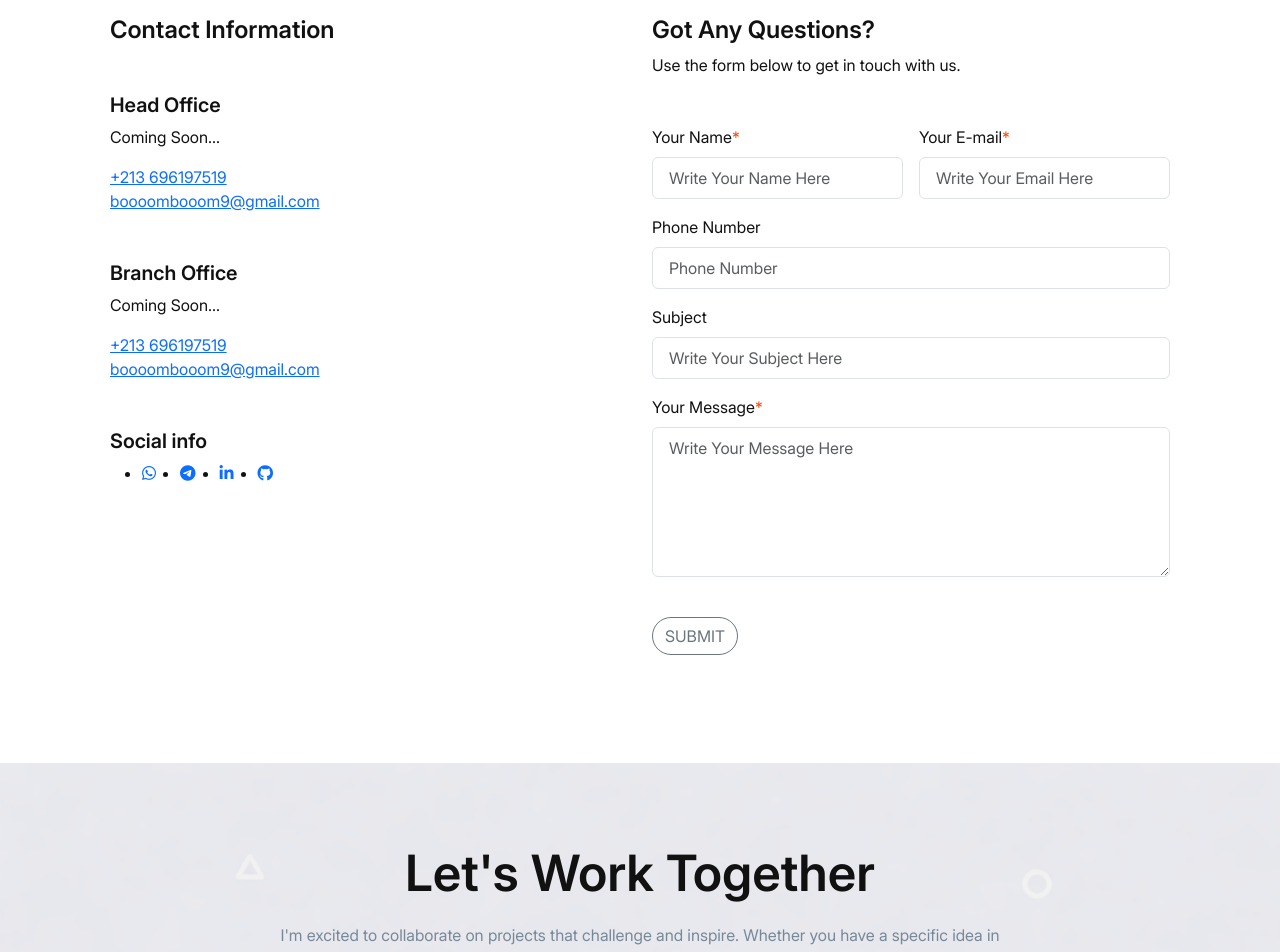
Repository: Badi-77/Portfolio
Page: Contact.html
These files come from the project's save history. The page is drawn as it stood at one moment and after a run of saves; the edit follows.
The browser window is 1280 px wide. The pictures show the part of the page from y = 548 to 1500 px (the page is 1917 px tall).

Above is the page before, as saved 2026-02-17 20:45:34.

### Contact.html
<!DOCTYPE html>
<html lang="en">
<head>
  <meta charset="UTF-8">
  <meta name="viewport" content="width=device-width, initial-scale=1.0">
  <title>Contact</title>
  <!-- google font -->
  <link rel="stylesheet" href="Font/Inter_font/stylesheet.css">
  <link rel="stylesheet" href="Font/Tajawal/stylesheet.css">
  <!-- Font Awesome -->
  <link rel="stylesheet" href="Css/all.min.css">
  <!-- Normalize -->
  <link rel="stylesheet" href="Css/normalize.css">
  <!-- bootstrap -->
  <link rel="stylesheet" href="Bootstrap/bootstrap/css/bootstrap.min.css">
  <!-- web icon -->
  <link rel="icon" href="Img/icon.png">
  <!-- Portfolio CSS -->
  <link rel="stylesheet" href="Css/portfolio.css">
</head>
<body>

<div class="main-content">
  <!-- Navbar -->
  <nav class="navbar navbar-expand-lg">
          <div class="container-fluid">
            <!-- Brand -->
            <a class="navbar-brand" href="#"><h1><span id="logo-B" ><img src="Img/logo-B.png" alt="LOGO"></span>adis<span class="circle"></span></h1></a>

            <!-- Toggler (hamburger icon for mobile) -->
            <button class="navbar-toggler" type="button" data-bs-toggle="collapse" data-bs-target="#navbarNav"
              aria-controls="navbarNav" aria-expanded="false" aria-label="Toggle navigation">
              <span class="navbar-toggler-icon"></span>
            </button>

            <!-- Navbar links -->
            <div class="collapse navbar-collapse" id="navbarNav">
              <ul class="navbar-nav ms-auto">
                <li class="nav-item">
                  <a class="nav-link active" data-key="NavHome" aria-current="page" href="#">Home</a>
                </li>
                <li class="nav-item">
                  <a class="nav-link" data-key="NavAbout" href="#">About</a>
                </li>
                <div class="nav-item dropdown">
                  <a class="nav-link dropdown-toggle" data-bs-toggle="dropdown" role="button" data-key="NavSer" href="#">Services</a>
                  <div class="dropdown-menu m-0">
                    <a href="#" class="dropdown-item" data-key="web">Web Dev</a>
                    <a href="#" class="dropdown-item" data-key="net">Networking</a>
                    <a href="#" class="dropdown-item" data-key="cyber">CyberSecurity</a>
                    <a href="#" class="dropdown-item" data-key="auto">Automation</a>
                  </div>
                </div>
                <li class="nav-item">
                  <a class="nav-link" data-key="cont" href="#">ContactMe</a>
                </li>
                <li class="nav-item">
                  <button id="theme-toggle" class="theme-toggle-btn" aria-label="Toggle dark mode">
                    🌙
                  </button>
                </li>
                <!-- language btn -->
                <li class="nav-item">
                  <button class="switch-lang" id="lang-toggle">🌐 العربية</button>
                </li>
                <!-- language btn -->

                <!-- <li class="nav-item">
                  <a class="nav-link disabled" tabindex="-1" aria-disabled="true">Disabled</a>
                </li> -->
              </ul>
            </div>
          </div>
  </nav>
  <!-- End Navbar -->


  <!-- start hero -->
  <section id="hero">
    <div id="conta" class="row justify-content-center">
      <div class="col-md-12 text-center my-5 pt-5 fade-in-up">
        <div class="section-header text-center">
          <nav class="breadcrumb d-flex justify-content-center">
            <a href="portfolio.html" class="breadcrumb-item">Home</a>
            <span class="breadcrumb-item activ" aria-current="page">Contact</span>
          </nav>
          <h2 class="contact-title display-1 fw-bold">Our Contact</h2>
          <p class="text-center">Got a project in mind? <br> Let’s connect and bring your vision to life.</p>
        </div>
      </div>
    </div>
  </section>
  <!-- end hero -->

  <!-- start form -->
  <section id="contact-info" class="padding-medium pt-0">
    <div class="container">
      <div class="row flex-row-reverse">
        <div class="inquiry-item col-lg-6 mb-5">
          <h4 class="fw-bold">Got Any Questions?</h4>
          <p>Use the form below to get in touch with us.</p>
          <form id="contactForm" action="" method="post" class="form-group contact-form mt-5">
            <div class="form-input col-lg-12 d-flex justify-content-between mb-3">
              <div class="w-100 me-3">
                <label class="mb-2 fs-6 T">
                  Your Name<span style="color: var(--third-color);">*</span>
                </label>
                <input type="text" name="name" placeholder="Write Your Name Here" class="form-control shadow-none w-100 ps-3 py-2" required>
              </div>
              <div class="w-100">
                <label class="mb-2 fs-6 T">Your E-mail<span style="color: var(--third-color);">*</span></label>
                <input type="email" name="email" placeholder="Write Your Email Here" class="form-control shadow-none w-100 ps-3 py-2" required>
              </div>
            </div>
            <div class="col-lg-12 mb-3">
              <label class="mb-2 fs-6">Phone Number</label>
              <input type="number" name="phone" placeholder="Phone Number" class="form-control shadow-none w-100 ps-3 py-2">
            </div>
            <div class="col-lg-12 mb-3">
              <label class="mb-2 fs-6">Subject</label>
              <input type="text" name="subject" placeholder="Write Your Subject Here" class="form-control shadow-none w-100 ps-3 py-2">
            </div>
            <div class="col-lg-12 mb-3">
              <label class="mb-2 fs-6">Your Message<span style="color: var(--third-color);">*</span></label>
              <textarea name="message" placeholder="Write Your Message Here" class="form-control shadow-none w-100 ps-3 py-2" style="height: 150px;" required></textarea>
            </div>
            <div>
              <button class="btn btn-outline-secondary rounded-pill mt-4" type="submit" name="submit">SUBMIT</button>
            </div>
          </form>
        </div>
        <div class="contact-info col-lg-6 mb-5">
          <h4 class="fw-bold">Contact Information</h4>
          <p></p>
          <div class="page-content">
            <div class="col-md-6">
              <div class="content-box my-5">
                <h5 class="element-title fw-bold">Head Office</h5>
                <div class="content-address">
                  <p>Coming Soon...</p>
                </div>
                <div class="contact-number">
                  <a href="#">+213 696197519</a>
                </div>
                <div class="email-adress">
                  <p>
                    <a href="#">boooombooom9@gmail.com</a>
                  </p>
                </div>
              </div>
            </div>
            <div class="col-md-6">
              <div class="content-box my-5">
                <h5 class="element-title fw-bold">Branch Office</h5>
                <div class="content-address">
                  <p>Coming Soon...</p>
                </div>
                <div class="contact-number">
                  <a href="#">+213 696197519</a>
                </div>
                <div class="email-adress">
                  <p>
                    <a href="#">boooombooom9@gmail.com</a>
                  </p>
                </div>
              </div>
            </div>
            <div class="col-md-6">
              <div class="content-box my-5">
                <h5 class="elemnt-title fw-bold">Social info</h5>
                <div class="social-links">
                 <ul class="d-flex gap-4 lis">
                    <li><a href="#"><i class="fa-brands fa-whatsapp"></i></a></li>
                    <li><a href="#"><i class="fa-brands fa-telegram-plane"></i></a></li>
                    <li><a href="#"><i class="fa-brands fa-linkedin-in"></i></a></li>
                    <li><a href="#"><i class="fa-brands fa-github"></i></a></li>
                  </ul>
                </div>
              </div>
            </div>
          </div>
        </div>
      </div>
    </div>
  </section>
  <!-- end form -->

  <!-- start footer -->
  <footer>
    <div class="container ">
      <div class="foot-content fade-in-up">
        <div class="foot-text">
          <h2 class="text-center fw-bolder" data-key="FooTitle">Let's Work Together</h2>
          <p class="text-center" data-key="FooSub">
            I'm excited to collaborate on projects that challenge and inspire. Whether you have a specific idea in mind or just want to explore possibilities, I'm here to help bring your vision to life. Let's connect and create something amazing together!
          </p>
        </div>
        <ul>
          <li><a href="#"><i class="fa-brands fa-whatsapp"></i></a></li>
          <li><a href="#"><i class="fa-brands fa-telegram-plane"></i></a></li>
          <li><a href="#"><i class="fa-brands fa-linkedin-in"></i></a></li>
          <li><a href="#"><i class="fa-brands fa-github"></i></a></li>
        </ul>
        <div class="contactMe-btn">
          <a href="#" class="btn btn-outline-secondary rounded-pill mt-4" role="button" id="contbtn">CONTACT ME</a>
        </div>
      </div>
      <div class="copy-right">
          <p class="text-lg-start mt-4"> <span style="color: var(--third-color);">&copy;</span>2026 Badis<span style="color: var(--third-color);">.</span>All rights reserved.</p>
      </div>
    </div>
  </footer>
  <!-- end footer -->
</div>

<script>
  console.log('hello');
</script>



</body>
<!-- Portfolio JS -->
<script src="JS/portfolio.js"></script>
<!-- Bootstrap JS -->
<script src="Bootstrap/bootstrap/js/bootstrap.bundle.min.js"></script>
</html>

### Font/Inter_font/stylesheet.css
@font-face {
    font-family: 'Inter 24pt';
    src: url('Inter24pt-MediumItalic.woff2') format('woff2'),
        url('Inter24pt-MediumItalic.woff') format('woff');
    font-weight: 500;
    font-style: italic;
    font-display: swap;
}

@font-face {
    font-family: 'Inter 24pt';
    src: url('Inter24pt-SemiBold.woff2') format('woff2'),
        url('Inter24pt-SemiBold.woff') format('woff');
    font-weight: 600;
    font-style: normal;
    font-display: swap;
}

@font-face {
    font-family: 'Inter 24pt';
    src: url('Inter24pt-Regular.woff2') format('woff2'),
        url('Inter24pt-Regular.woff') format('woff');
    font-weight: normal;
    font-style: normal;
    font-display: swap;
}

@font-face {
    font-family: 'Inter 24pt';
    src: url('Inter24pt-SemiBoldItalic.woff2') format('woff2'),
        url('Inter24pt-SemiBoldItalic.woff') format('woff');
    font-weight: 600;
    font-style: italic;
    font-display: swap;
}

@font-face {
    font-family: 'Inter 24pt';
    src: url('Inter24pt-ThinItalic.woff2') format('woff2'),
        url('Inter24pt-ThinItalic.woff') format('woff');
    font-weight: 100;
    font-style: italic;
    font-display: swap;
}

@font-face {
    font-family: 'Inter 24pt';
    src: url('Inter24pt-Thin.woff2') format('woff2'),
        url('Inter24pt-Thin.woff') format('woff');
    font-weight: 100;
    font-style: normal;
    font-display: swap;
}

@font-face {
    font-family: 'Inter 28pt';
    src: url('Inter28pt-Black.woff2') format('woff2'),
        url('Inter28pt-Black.woff') format('woff');
    font-weight: 900;
    font-style: normal;
    font-display: swap;
}

@font-face {
    font-family: 'Inter 28pt';
    src: url('Inter28pt-BlackItalic.woff2') format('woff2'),
        url('Inter28pt-BlackItalic.woff') format('woff');
    font-weight: 900;
    font-style: italic;
    font-display: swap;
}

@font-face {
    font-family: 'Inter 28pt';
    src: url('Inter28pt-Bold.woff2') format('woff2'),
        url('Inter28pt-Bold.woff') format('woff');
    font-weight: bold;
    font-style: normal;
    font-display: swap;
}

@font-face {
    font-family: 'Inter 28pt';
    src: url('Inter28pt-BoldItalic.woff2') format('woff2'),
        url('Inter28pt-BoldItalic.woff') format('woff');
    font-weight: bold;
    font-style: italic;
    font-display: swap;
}

@font-face {
    font-family: 'Inter 28pt';
    src: url('Inter28pt-ExtraBold.woff2') format('woff2'),
        url('Inter28pt-ExtraBold.woff') format('woff');
    font-weight: bold;
    font-style: normal;
    font-display: swap;
}

@font-face {
    font-family: 'Inter 28pt';
    src: url('Inter28pt-ExtraBoldItalic.woff2') format('woff2'),
        url('Inter28pt-ExtraBoldItalic.woff') format('woff');
    font-weight: bold;
    font-style: italic;
    font-display: swap;
}

@font-face {
    font-family: 'Inter 28pt';
    src: url('Inter28pt-ExtraLight.woff2') format('woff2'),
        url('Inter28pt-ExtraLight.woff') format('woff');
    font-weight: 200;
    font-style: normal;
    font-display: swap;
}

@font-face {
    font-family: 'Inter 28pt';
    src: url('Inter28pt-ExtraLightItalic.woff2') format('woff2'),
        url('Inter28pt-ExtraLightItalic.woff') format('woff');
    font-weight: 200;
    font-style: italic;
    font-display: swap;
}

@font-face {
    font-family: 'Inter 28pt';
    src: url('Inter28pt-Italic.woff2') format('woff2'),
        url('Inter28pt-Italic.woff') format('woff');
    font-weight: normal;
    font-style: italic;
    font-display: swap;
}

@font-face {
    font-family: 'Inter 28pt';
    src: url('Inter28pt-Light.woff2') format('woff2'),
        url('Inter28pt-Light.woff') format('woff');
    font-weight: 300;
    font-style: normal;
    font-display: swap;
}

@font-face {
    font-family: 'Inter 28pt';
    src: url('Inter28pt-LightItalic.woff2') format('woff2'),
        url('Inter28pt-LightItalic.woff') format('woff');
    font-weight: 300;
    font-style: italic;
    font-display: swap;
}

@font-face {
    font-family: 'Inter 28pt';
    src: url('Inter28pt-Medium.woff2') format('woff2'),
        url('Inter28pt-Medium.woff') format('woff');
    font-weight: 500;
    font-style: normal;
    font-display: swap;
}

@font-face {
    font-family: 'Inter 28pt';
    src: url('Inter28pt-MediumItalic.woff2') format('woff2'),
        url('Inter28pt-MediumItalic.woff') format('woff');
    font-weight: 500;
    font-style: italic;
    font-display: swap;
}

@font-face {
    font-family: 'Inter 28pt';
    src: url('Inter28pt-Regular.woff2') format('woff2'),
        url('Inter28pt-Regular.woff') format('woff');
    font-weight: normal;
    font-style: normal;
    font-display: swap;
}

@font-face {
    font-family: 'Inter 28pt';
    src: url('Inter28pt-SemiBold.woff2') format('woff2'),
        url('Inter28pt-SemiBold.woff') format('woff');
    font-weight: 600;
    font-style: normal;
    font-display: swap;
}

@font-face {
    font-family: 'Inter 28pt';
    src: url('Inter28pt-SemiBoldItalic.woff2') format('woff2'),
        url('Inter28pt-SemiBoldItalic.woff') format('woff');
    font-weight: 600;
    font-style: italic;
    font-display: swap;
}

@font-face {
    font-family: 'Inter 28pt';
    src: url('Inter28pt-ThinItalic.woff2') format('woff2'),
        url('Inter28pt-ThinItalic.woff') format('woff');
    font-weight: 100;
    font-style: italic;
    font-display: swap;
}

@font-face {
    font-family: 'Inter 28pt';
    src: url('Inter28pt-Thin.woff2') format('woff2'),
        url('Inter28pt-Thin.woff') format('woff');
    font-weight: 100;
    font-style: normal;
    font-display: swap;
}

### Font/Tajawal/stylesheet.css
@font-face {
    font-family: 'Tajawal';
    src: url('Tajawal-Black.woff2') format('woff2'),
        url('Tajawal-Black.woff') format('woff');
    font-weight: 900;
    font-style: normal;
    font-display: swap;
}

@font-face {
    font-family: 'Tajawal';
    src: url('Tajawal-ExtraBold.woff2') format('woff2'),
        url('Tajawal-ExtraBold.woff') format('woff');
    font-weight: bold;
    font-style: normal;
    font-display: swap;
}

@font-face {
    font-family: 'Tajawal';
    src: url('Tajawal-Bold.woff2') format('woff2'),
        url('Tajawal-Bold.woff') format('woff');
    font-weight: bold;
    font-style: normal;
    font-display: swap;
}

@font-face {
    font-family: 'Tajawal';
    src: url('Tajawal-ExtraLight.woff2') format('woff2'),
        url('Tajawal-ExtraLight.woff') format('woff');
    font-weight: 200;
    font-style: normal;
    font-display: swap;
}

@font-face {
    font-family: 'Tajawal';
    src: url('Tajawal-Medium.woff2') format('woff2'),
        url('Tajawal-Medium.woff') format('woff');
    font-weight: 500;
    font-style: normal;
    font-display: swap;
}

@font-face {
    font-family: 'Tajawal';
    src: url('Tajawal-Light.woff2') format('woff2'),
        url('Tajawal-Light.woff') format('woff');
    font-weight: 300;
    font-style: normal;
    font-display: swap;
}

@font-face {
    font-family: 'Tajawal';
    src: url('Tajawal-Regular.woff2') format('woff2'),
        url('Tajawal-Regular.woff') format('woff');
    font-weight: normal;
    font-style: normal;
    font-display: swap;
}

Loaded but not shown: Css/all.min.css (library); Css/normalize.css (library); Bootstrap/bootstrap/css/bootstrap.min.css (library); Bootstrap/bootstrap/js/bootstrap.bundle.min.js (library); JS/portfolio.js (358 lines, source omitted); Css/portfolio.css (931 lines, source omitted)

After the next 4 saves:
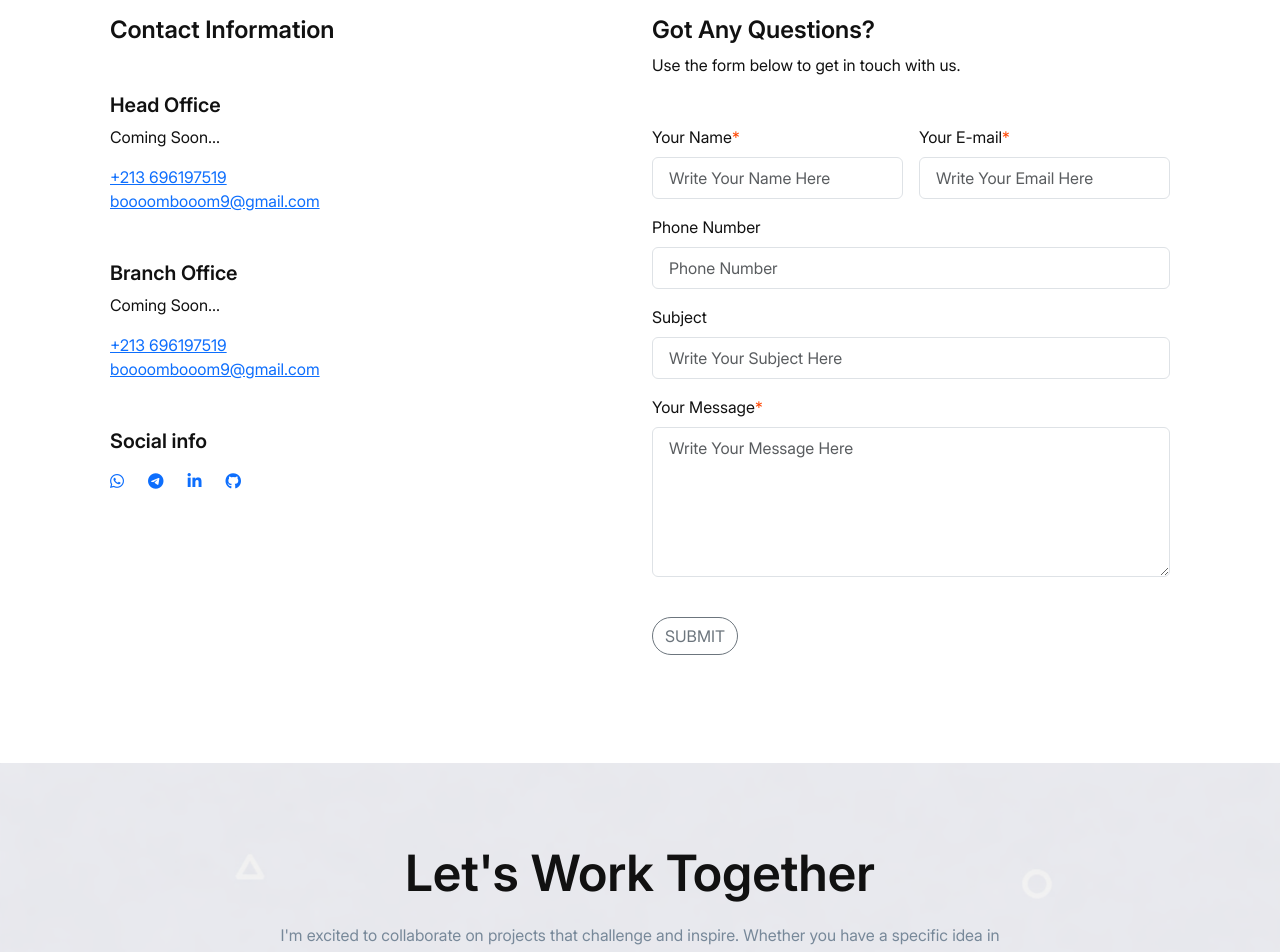
The 4 saves are shown as one change because they came seconds apart.
The last was saved 17 s later.
--- a/Contact.html
+++ b/Contact.html
@@ -169,7 +169,7 @@
               <div class="content-box my-5">
                 <h5 class="elemnt-title fw-bold">Social info</h5>
                 <div class="social-links">
-                 <ul class="d-flex gap-4 lis">
+                 <ul class="d-flex gap-4 list-unstyled my-3">
                     <li><a href="#"><i class="fa-brands fa-whatsapp"></i></a></li>
                     <li><a href="#"><i class="fa-brands fa-telegram-plane"></i></a></li>
                     <li><a href="#"><i class="fa-brands fa-linkedin-in"></i></a></li>
